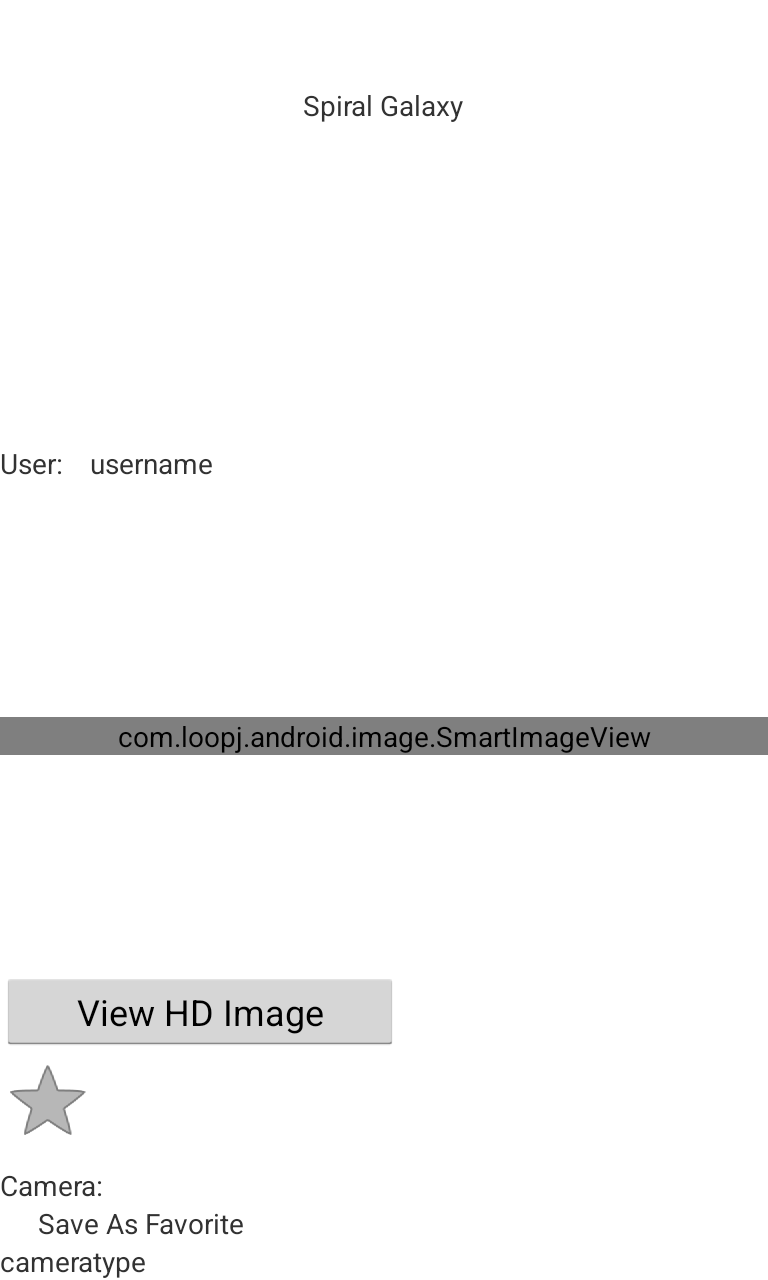
Repository: arianaantonio/Java2_Antonio
Layout: SpaceImageViewer/res/layout/details_activity.xml
These files come from the project's save history. The layout is drawn as it stood at one moment and after the next save; the edit follows.
Pictures or frames that could not be fetched are drawn as grey boxes. It is drawn on a 768 x 1280 px phone screen (xhdpi) without system bars, with theme AppTheme; the app's code is not run.

Above is the layout before, as saved 2014-07-17 05:44:10.

After the next save:
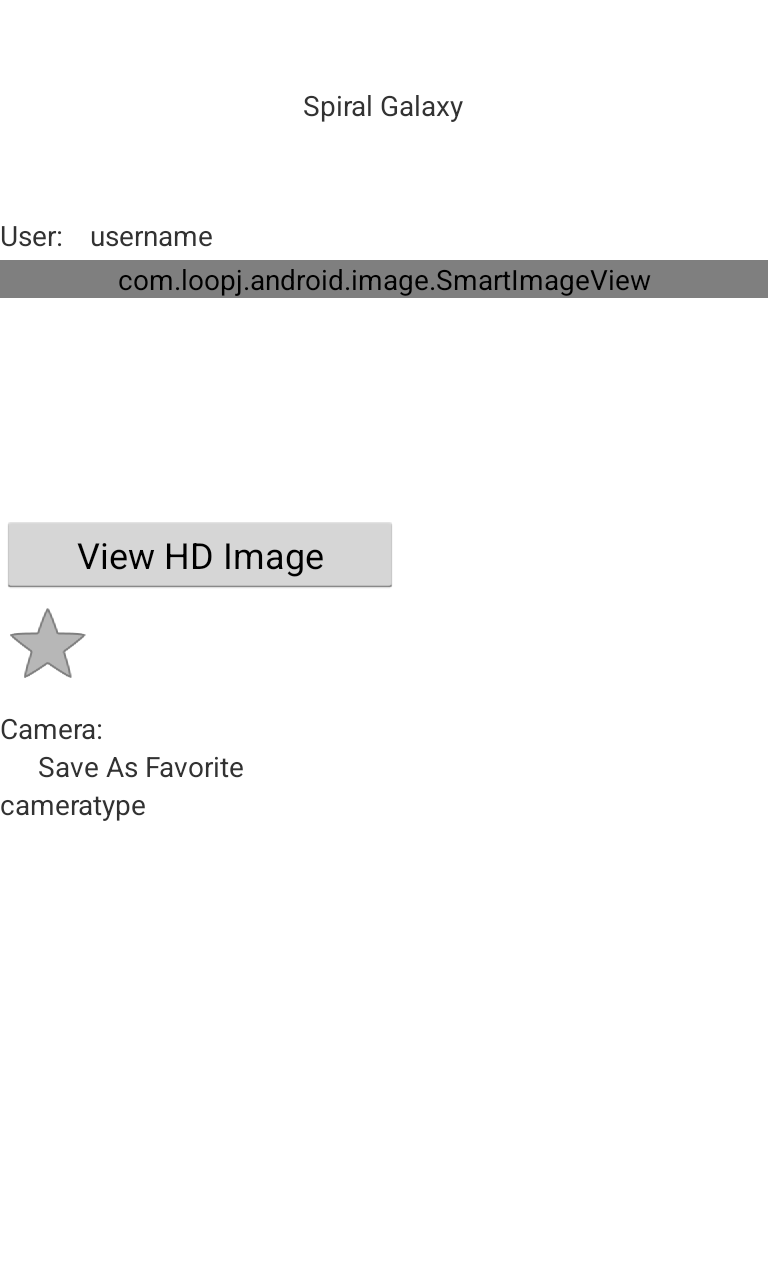
Saved 2 min 29 s later.
--- a/SpaceImageViewer/res/layout/details_activity.xml
+++ b/SpaceImageViewer/res/layout/details_activity.xml
@@ -3,14 +3,15 @@
     android:layout_width="match_parent"
     android:layout_height="match_parent"
     android:orientation="vertical" >
+
 	<RelativeLayout
-        android:id="@+id/linearLayout1"
-        android:layout_width="match_parent"
-        android:layout_height="22dp"
-        android:layout_marginTop="43dp"
-        android:layout_weight="0.04"
-        android:layout_gravity="center"
-        android:orientation="horizontal" >
+	    android:id="@+id/linearLayout1"
+	    android:layout_width="match_parent"
+	    android:layout_height="22dp"
+	    android:layout_gravity="center"
+	    android:layout_marginTop="43dp"
+	    android:layout_weight="0.00"
+	    android:orientation="horizontal" >
 
 		<TextView
 		    android:id="@+id/title"
@@ -24,16 +25,15 @@
 
 	<LinearLayout
 	    android:id="@+id/linearLayout1"
-	    android:layout_width="match_parent"
+	    android:layout_width="144dp"
 	    android:layout_height="22dp"
 	    android:layout_marginTop="43dp"
-	    android:layout_weight="0.04"
 	    android:orientation="horizontal" >
 
 	    <TextView
 	        android:id="@+id/user"
 	        android:layout_width="45dp"
-	        android:layout_height="wrap_content"
+	        android:layout_height="38dp"
 	        android:layout_gravity="center_horizontal"
 	        android:layout_marginBottom="25dp"
 	        android:layout_marginTop="30dp"
